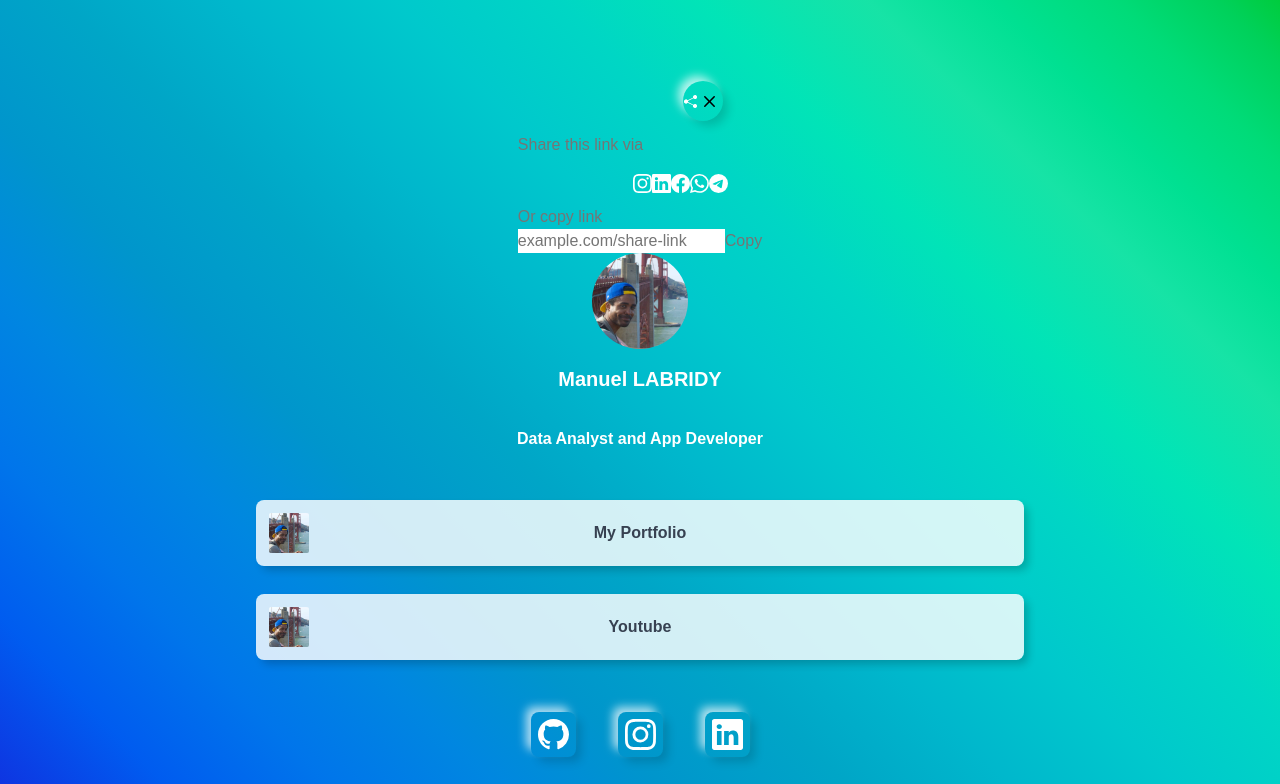
Repository: MateLaDBrouille97/linktree
Page: /
The author's editor kept a copy of each file at every save. The page is drawn from the files as they stood at one save, then again after the next save.
The browser window is 1280 px wide. The pictures show the whole page.
The project was rebuilt for these pictures with package versions that can differ from the ones it lists, and the page was loaded fresh each time. The framework's server and built-in components were replaced by stand-ins that run in the browser. Also part of the build but not shown: next.config.js, styles/Home.module.css, styles/scrollup.css.

Above is the page before, as saved 2023-01-23 19:16:49.

After the next save:
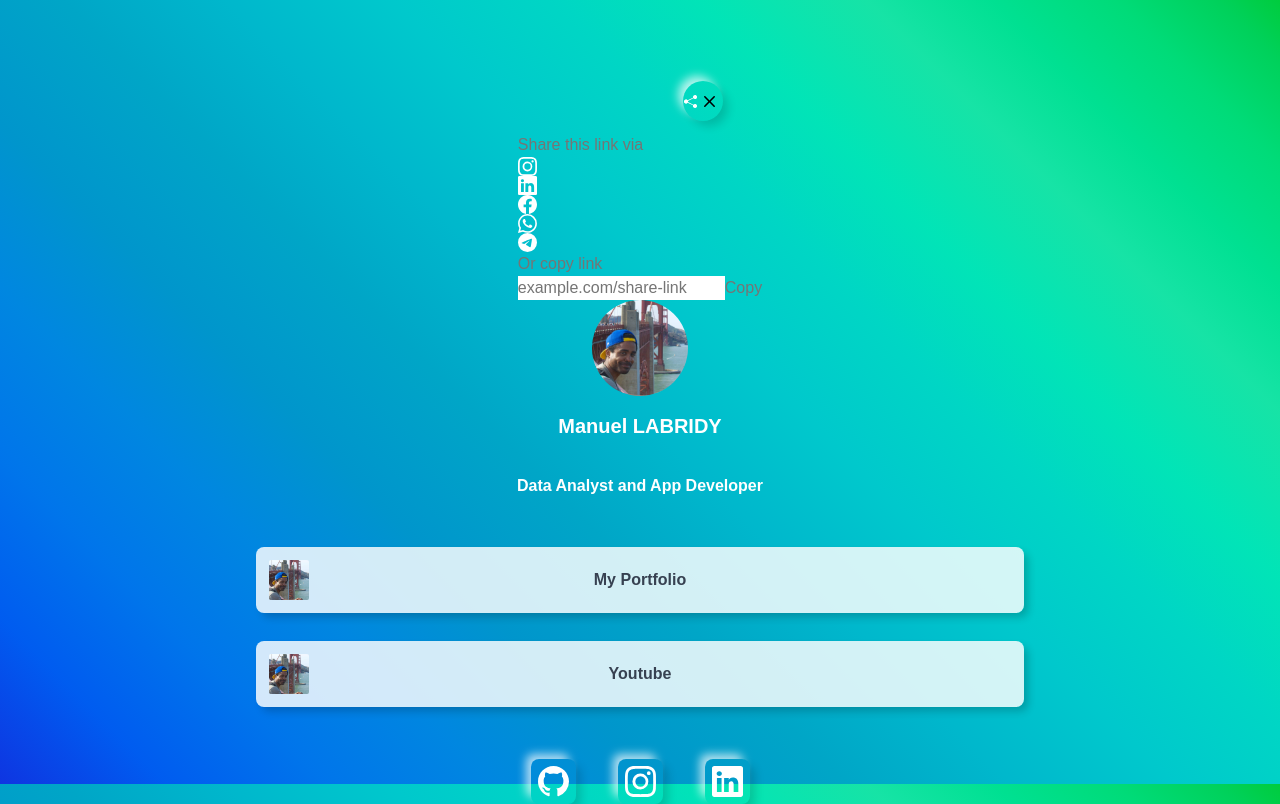
Saved 41 s later.
--- a/styles/share.css
+++ b/styles/share.css
@@ -58,11 +58,11 @@
 
 }
 
-ul{
+/* ul{
     width:91%;
     max-width: 788px;
     display: flex;
     justify-content: flex-end;
     padding: 12px;
     margin-top: 5px;
-}
+} */

After the save that followed:
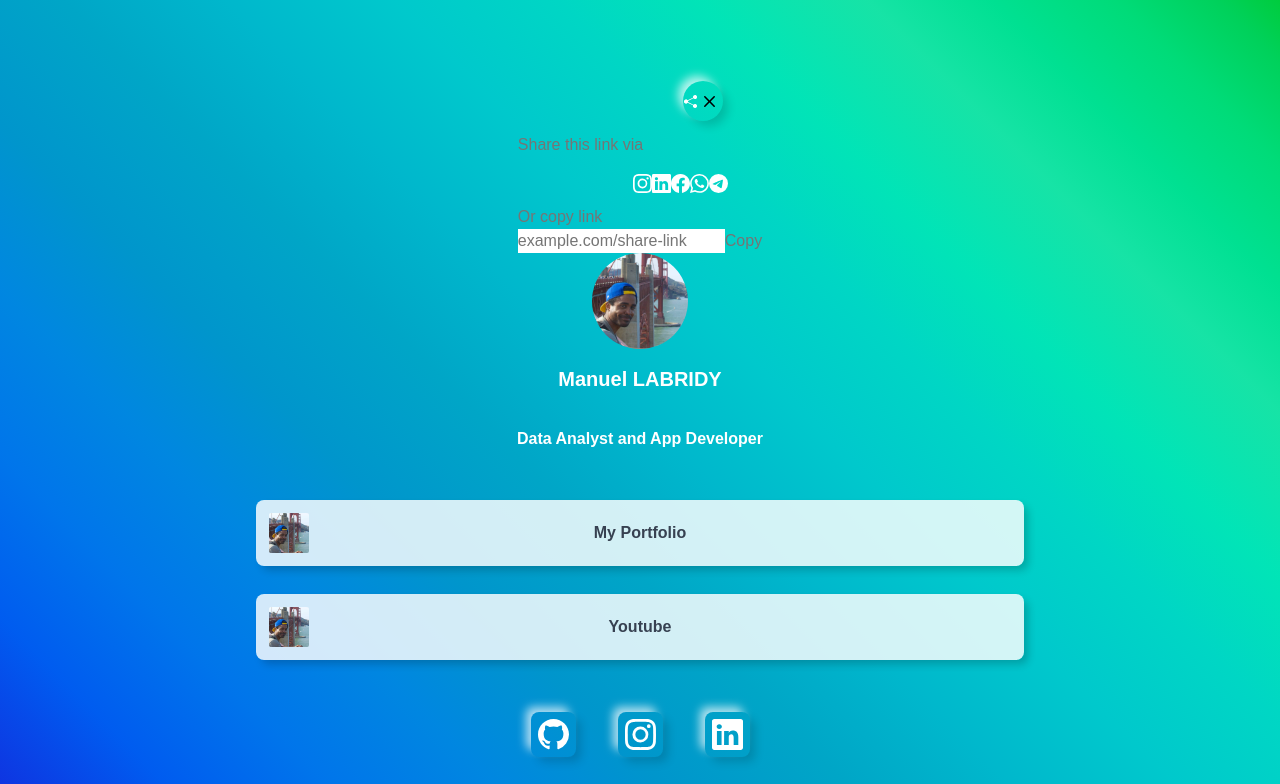
Saved 17 s later.
--- a/styles/share.css
+++ b/styles/share.css
@@ -58,11 +58,11 @@
 
 }
 
-/* ul{
+ul{
     width:91%;
     max-width: 788px;
     display: flex;
     justify-content: flex-end;
     padding: 12px;
     margin-top: 5px;
-} */
+}
